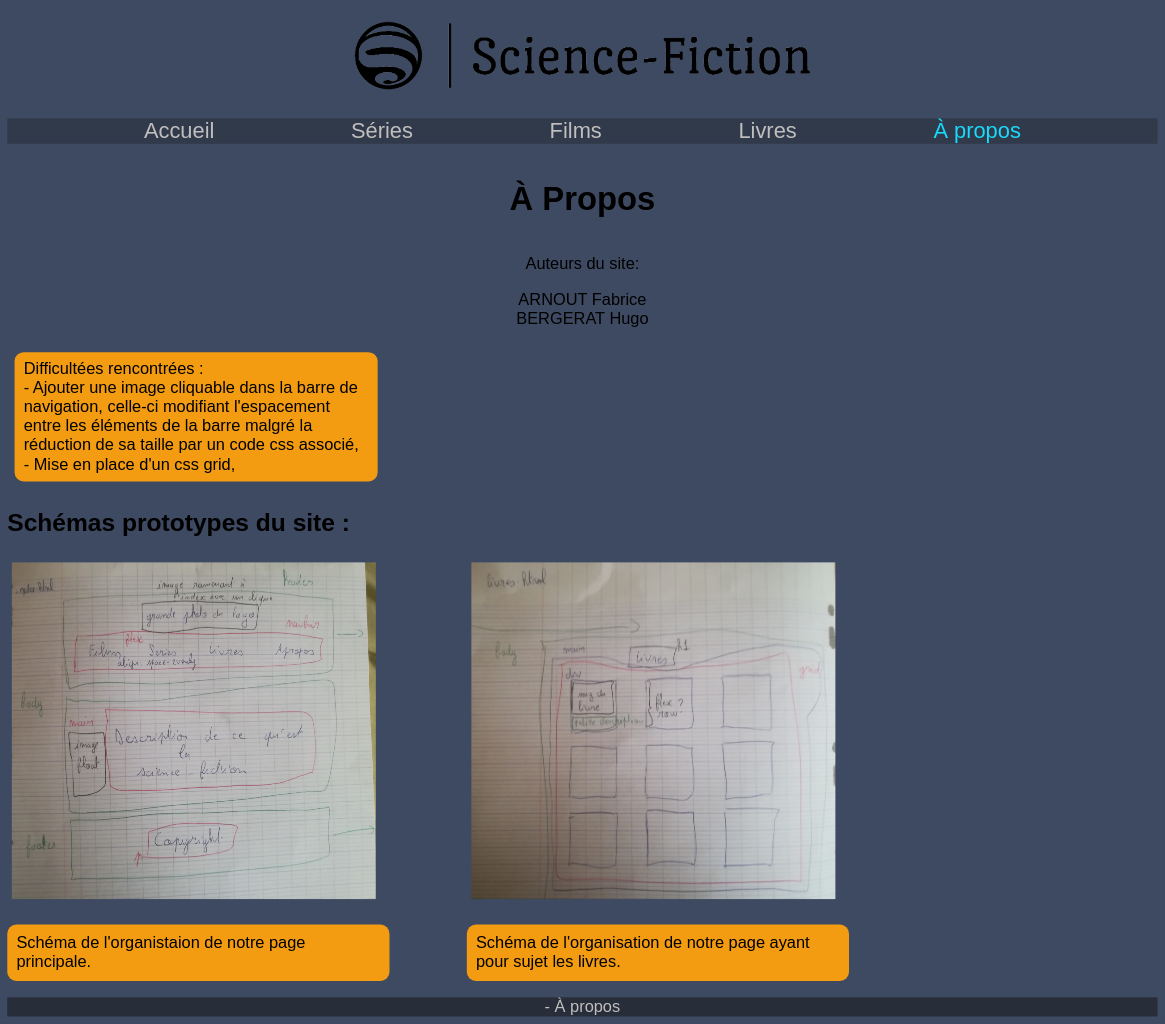
Repository: Emalios/Projet-Web
Page: html/a-propos.html
An editor plug-in stored every save of this project. The page is shown before and after the next save, followed by the edit.
The browser window is 1280 px wide. The pictures show the whole page, at 91% of full size.

Above is the page before, as saved 2020-11-11 19:55:56.

### html/a-propos.html
<!DOCTYPE html>
<html lang="fr" dir="ltr">

<head>
  <meta charset="utf-8">
  <meta name="viewport" content="width=device-width, initial-scale=1.0">
  <title>Science-Fiction - À propos</title>
  <link rel="icon" href="../images/small_icon.png" type="image/png">
  <link rel="stylesheet" href="../css/common.css">
  <link rel="stylesheet" href="../css/a-propos.css">
</head>

<body>
  <header>
    <img id="logo" src="../images/logo_large.png" alt="logo de Science-fiction">
    <nav class="navbar">
      <a href="../index.html" class="nav-link">Accueil</a>
      <a href="series.html" class="nav-link">Séries</a>
      <a href="films.html" class="nav-link">Films</a>
      <a href="livres.html" class="nav-link">Livres</a>
      <a href="a-propos.html" id="active" class="nav-link">À propos</a>
    </nav>
  </header>
  <main>
    <h1 id="title">À Propos</h1>
    <div id="presentation">
      <div id="auteurs-div">Auteurs du site:
        <ul id="auteurs">
          <li class="auteurs-item">ARNOUT Fabrice</li>
          <li class="auteurs-item">BERGERAT Hugo</li>
        </ul>
      </div>
      <p id="difficultes" class="texte">Difficultées rencontrées :<br>- Ajouter une image cliquable dans la barre de navigation, celle-ci modifiant l'espacement entre les éléments de la barre malgré la réduction de sa taille par un code css associé,
        <br> - Mise en place d'un css grid,
      </p>
    </div>
    <h2 id="sous-titre"> Schémas prototypes du site :</h2>
    <section class="section">
      <img id="schema_index" src="../images/schema_index.jpg" alt="schema de l'index de notre site">
      <p class="legende">Schéma de l'organistaion de notre page principale.</p>
    </section>
    <section class="section">
      <img id="schema_livres" src="../images/schema_livres.jpg" alt="schema de la pasges 'Livres' de notre site">
      <p class="legende">Schéma de l'organisation de notre page ayant pour sujet les livres.</p>
    </section>
  </main>
  <footer><a href="a-propos.html" class="footer-link">- À propos</a></footer>
</body>


</html>

### css/common.css
body {
  background-color: #3e4a61;
  font-size: 18px;
  font-family: "Source Sans Pro", sans-serif;
}

#logo {
  display: block;
  margin-left: auto;
  margin-right: auto;
  padding-top: 1rem;
  padding-bottom: 2rem;
  max-width: 500px;
}

ul {
  list-style: none outside none;
}

.navbar {
  font-size: 24px;
  display: flex;
  flex-wrap: wrap;
  justify-content: space-evenly;
  padding: 0;
  background-color: #313a4b;
}

.nav-link, .footer-link {
  text-decoration: none;
  color: #c0bebe;
}

.nav-link:hover {
  color: #19dafa;
}

#active {
  color: #19dafa !important;
}

#title {
  text-align: center;
  padding: 1rem;
}

footer {
  background-color: #272e3a;
  text-align: center;
}

@media all and (max-width: 700px) {
  #logo {
    display: block;
    margin-left: auto;
    margin-right: auto;
    padding-top: 1em;
    width: 85%;
    max-width: 500px;
  }

}

### css/a-propos.css
/** début css pour a propos */
.texte {
  display: inline-flex;
  flex-direction: row;
  margin: 8px;
  padding: 8px 10px;
  background-color: #f39c12;
  border-radius: 10px;
  max-width: 30%;
}

#auteurs {
  min-width: 155px;
  text-align: center;
}

#difficultes {
  min-width: 260px;
}

.description {
  display: block;
  text-align: justify;
  margin: 0px 5px 5px 5px;
}

section {
  display: inline-block;
  flex-direction: column;
  max-width: 500px;
  vertical-align: top;
  margin-right: auto;
  margin-left: auto;
}

#schema_index, #schema_livres {
  display: inline-block;
  padding: 5px;
  width: 400px;
  height: 370px;
}

.legende {
  display: inline-block;
  max-width: 400px;
  padding: 10px 10px;
  background-color: #f39c12;
  border-radius: 10px;
}

#presentation {
  display: flex;
  flex-direction: column;
}

#auteurs-div {
  text-align: center;
  display: block;
}

#auteurs {
  padding: 0;
  display: flex;
  flex-direction: column;
}

@media all and (max-width: 700px) {
  .texte {
    display: flex;
    flex-direction: column;
    margin-right: auto;
    margin-left: auto;
    padding: 8px 10px;
    background-color: #f39c12;
    border-radius: 10px;
    min-width: 70%;
    vertical-align: top;
  }
}

/** fin css pour a propos */

After the next save:
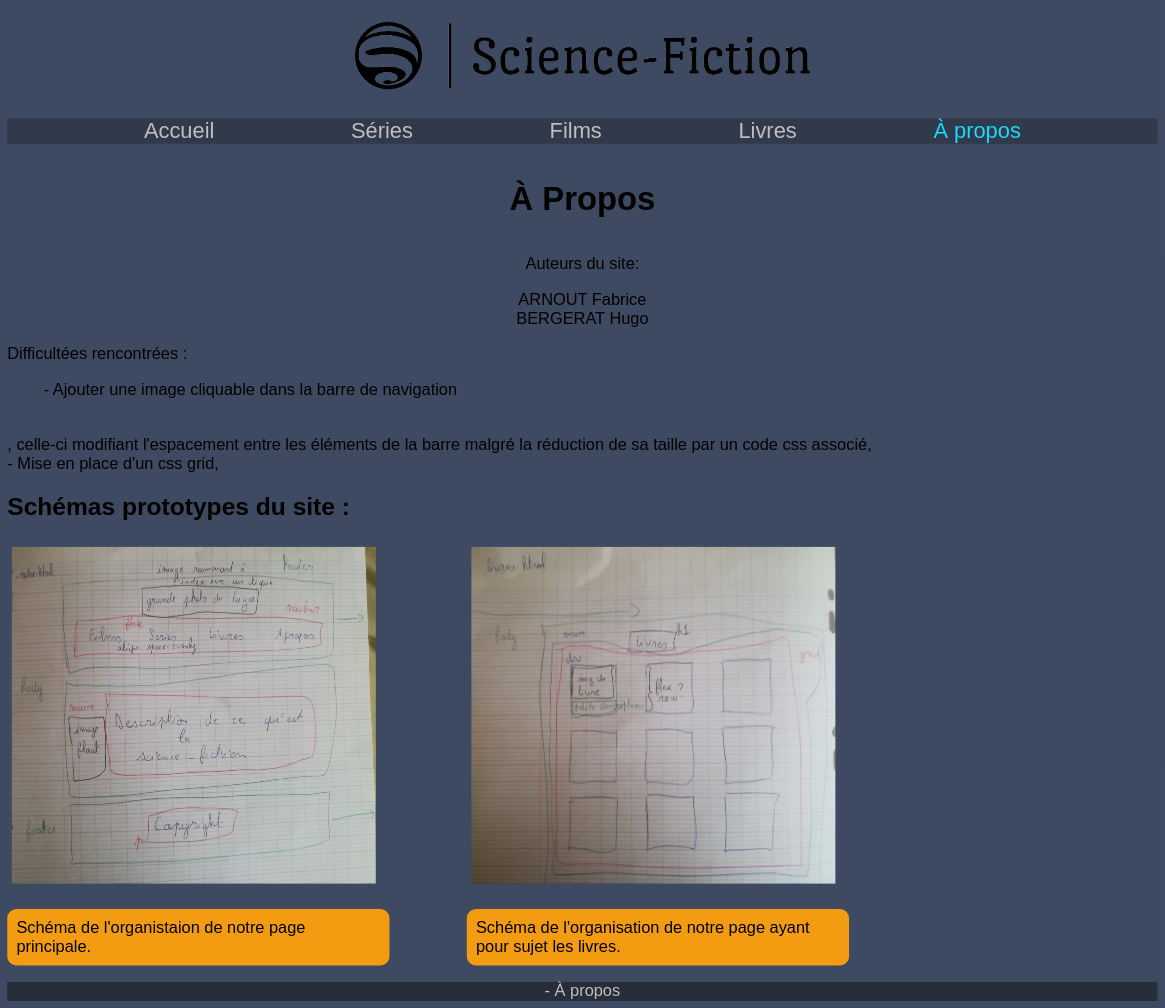
Saved 3 min 49 s later.
--- a/html/a-propos.html
+++ b/html/a-propos.html
@@ -30,9 +30,13 @@
           <li class="auteurs-item">BERGERAT Hugo</li>
         </ul>
       </div>
-      <p id="difficultes" class="texte">Difficultées rencontrées :<br>- Ajouter une image cliquable dans la barre de navigation, celle-ci modifiant l'espacement entre les éléments de la barre malgré la réduction de sa taille par un code css associé,
-        <br> - Mise en place d'un css grid,
-      </p>
+      <div id="difficultees">
+        Difficultées rencontrées :
+        <ul>
+          <li>- Ajouter une image cliquable dans la barre de navigation</li>
+        </ul> <br>, celle-ci modifiant l'espacement entre les éléments de la barre malgré la réduction de sa taille par un code css associé,
+          <br> - Mise en place d'un css grid,
+      </div>
     </div>
     <h2 id="sous-titre"> Schémas prototypes du site :</h2>
     <section class="section">
